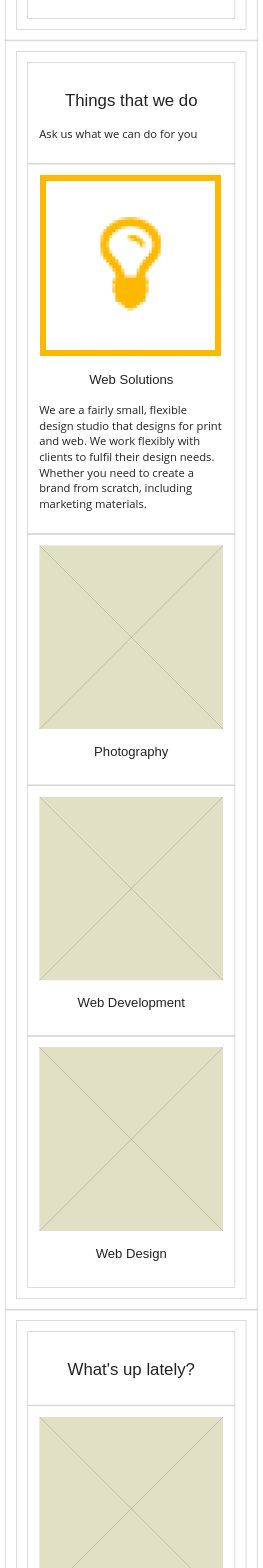
Repository: lpcmendoza/LAB02BF_Group9
Page: index.html
An editor plug-in stored every save of this project. The page is shown before and after the next save, followed by the edit.
The browser window is 375 px wide. The pictures show the part of the page from y = 977 to 3217 px (the page is 7235 px tall before and 7022 px after), at 70% of full size.

Above is the page before, as saved 2024-02-11 21:08:55.

### index.html
<!doctype html>
<html class="no-js" lang="en">

<head>
  <meta charset="utf-8">
  <meta name="viewport" content="width=device-width, initial-scale=1">
  <title>Metrolics</title>
  <link rel="stylesheet" href="css/style.css">
  <meta name="description" content="Group Blog">

  <meta property="og:title" content="Metrolics">
  <meta property="og:type" content="website">
  <meta property="og:url" content="">
  <meta property="og:image" content="">

  <link rel="icon" href="/favicon.ico" sizes="any">
  <link rel="icon" href="/icon.svg" type="image/svg+xml">
  <link rel="apple-touch-icon" href="icon.png">

  <link rel="manifest" href="site.webmanifest">
  <meta name="theme-color" content="#fafafa">
</head>

<body>

  <header class="page-header page-header-home">
    <div class="inner-container">
      <div class="content-container">
        <h1>Metrolics</h1>
      </div>
      <div class="content-container">
        <button class="navigation-button">Home</button>
        <button class="navigation-button">Pages</button>
        <button class="navigation-button">Portfolio</button>
        <button class="navigation-button">Blog</button>
        <button class="navigation-button">E-mail</button>
      </div>
    </div>
  </header>

  <div class="section section-image">
    <div class="inner-container">
      <div class="content-container">
        <img src="img/placeholder.svg" alt="placeholder image">
      </div>
    </div>
  </div>

  <div class="section section-title">
    <div class="inner-container">
      <div class="content-container">
        <h1>Hey guys! This is the Metrolics theme. It sports a responsive layout with a mobile layout.</h1>
      </div>
    </div>
  </div>

  <div class="section section-ourthings">
    <div class="inner-container">
      <div class="content-container">
        <h2>Things that we do</h2>
        <p>Ask us what we can do for you</p>
      </div>
      <div class="content-container">
        <img class="icons" src="img/icon-web-solutions.png" alt="Web Solutions Icon">
        <h3>Web Solutions</h3>
        <p>We are a fairly small, flexible design studio that designs for print and web. We work flexibly with clients to fulfil their design needs. Whether you need to create a brand from scratch, including marketing materials.</p>
      </div>
      <div class="content-container">
        <img src="img/placeholder.svg" alt="placeholder image">
        <h3>Photography</h3>
      </div>
      <div class="content-container">
        <img src="img/placeholder.svg" alt="placeholder image">
        <h3>Web Development</h3>
      </div>
      <div class="content-container">
        <img src="img/placeholder.svg" alt="placeholder image">
        <h3>Web Design</h3>
      </div>
    </div>
  </div>

  <div class="section section-news">
    <div class="inner-container">
      <div class="content-container">
        <h2>What's up lately?</h2>
      </div>
      <div class="content-container">
        <img src="img/placeholder.svg" alt="placeholder image">
      </div>
      <div class="content-container">
        <img src="img/placeholder.svg" alt="placeholder image">
      </div>
      <div class="content-container">
        <img src="img/placeholder.svg" alt="placeholder image">
      </div>
    </div>
  </div>

  <div class="section section-projects">
    <div class="inner-container">
      <div class="content-container">
        <h2>Our latest projects</h2>
      </div>
      <div class="content-container">
        <img src="img/placeholder.svg" alt="placeholder image">
      </div>
      <div class="content-container">
        <img src="img/placeholder.svg" alt="placeholder image">
      </div>
      <div class="content-container">
        <img src="img/placeholder.svg" alt="placeholder image">
      </div>
      <div class="content-container">
        <img src="img/placeholder.svg" alt="placeholder image">
      </div>
      <div class="content-container">
        <img src="img/placeholder.svg" alt="placeholder image">
      </div>
      <div class="content-container">
        <img src="img/placeholder.svg" alt="placeholder image">
      </div>
    </div>
  </div>

  <div class="section section-things">
    <div class="inner-container">
      <div class="content-container">
        <h2>Things of above</h2>
      </div>
      <div class="content-container">
        <p>content</p>
      </div>
      <div class="content-container">
        <p>content</p>
      </div>
    </div>
  </div>

  <div class="section section-clients">
    <div class="inner-container">
      <div class="content-container">
        <p>client</p>
      </div>
      <div class="content-container">
        <p>client</p>
      </div>
      <div class="content-container">
        <p>client</p>
      </div>
      <div class="content-container">
        <p>client</p>
      </div>
      <div class="content-container">
        <p>client</p>
      </div>
    </div>
  </div>

  <footer>
    <div class="page-footer page-footer-home">
      <div class="inner-container">
        <div class="content-container">
          <h2>footer</h2>
        </div>
        <div class="content-container">
          <p>content</p>
        </div>
        <div class="content-container">
          <p>content</p>
        </div>
        <div class="content-container">
          <p>content</p>
        </div>
        <div class="content-container">
          <p>content</p>
        </div>
      </div>
    </div>
  </footer>

  <script src="js/app.js"></script>

</body>

</html>

### css/style.css
/* ==========================================================================
    [Table of contents]

    1. BASE
        1.1 Page Rendering Defaults
        1.2 Core Styling
        1.3 Typography
    2. LAYOUT
        2.1 Core Layout
        2.2 Small only
        2.3 medium and up
        2.4 Medium only
        2.5 large screens and up
        2.6 Large only
    3. MODULES
    4. STATES
    5. THEME
    6. UTILITY classes
    7. PRINT

    refer to http://smacss.com/
    ========================================================================== */


/* ==========================================================================
   BASE
   ========================================================================== */


/* 1.1 Page Rendering Defaults */

html {
  color: #222;
  font-size: 1em;
  line-height: 1.4;
}

/*
* Remove text-shadow in selection highlight:
* https://twitter.com/miketaylr/status/12228805301
*
* Customize the background color to match your design.
*/

::-moz-selection {
background: #b3d4fc;
text-shadow: none;
}

::selection {
background: #b3d4fc;
text-shadow: none;
}

/*
* A better looking default horizontal rule
*/

hr {
display: block;
height: 1px;
border: 0;
border-top: 1px solid #ccc;
margin: 1em 0;
padding: 0;
}

/*
* Remove the gap between audio, canvas, iframes,
* images, videos and the bottom of their containers:
* https://github.com/h5bp/html5-boilerplate/issues/440
*/

audio,
canvas,
iframe,
img,
svg,
video {
vertical-align: middle;
}

/*
* Remove default fieldset styles.
*/

fieldset {
border: 0;
margin: 0;
padding: 0;
}

/*
* Allow only vertical resizing of textareas.
*/

textarea {
resize: vertical;
}

/* 1.2 Core Styling */

/* refer to https://css-tricks.com/box-sizing/ */
*,
*:before,
*:after {
  box-sizing: border-box;
}

img {
  width: 100%;
}


/* 1.3 Typgraphy */

h1,
h2,
h3,
h4,
h5,
h6 {
  font-family: Ubuntu, sans-serif;
  font-weight: 300;
  text-align: center;
}

p {
  font-family: 'Open Sans', Arial, Helvetica, sans-serif;
}


/* ==========================================================================
 2. LAYOUT
 ========================================================================== */


/* Helper to display empty layout containers*/

div,
main,
section,
footer,
header {
  outline: 1px solid #ccc;
  min-height: 1rem;
  padding: 1rem;
}


/* 2.1 Core layout */

.row {
  display: grid;
  row-gap: 1rem;
}

.col {
  position: relative;
  background-color: rgb(242, 230, 177);
}


/* ==========================================================================
 EXAMPLE Media Queries for Responsive Design.
 These examples override the primary ('mobile first') styles.
 Modify as content requires.
 Taken from https://get.foundation/sites/docs-v5/media-queries.html
 (the latest version is adjusted and no longer matches the ones used below)
 ========================================================================== */


/* 2.2 Small only */

@media screen and (max-width: 39.9375em) {
  .s-hide {
      display: none;
  }

  .icon {
    width: 3em;
    height: 3em;
  }
}


/* 2.3 medium and up */

@media screen and (min-width: 40em) {
  .row {
      max-width: 70rem;
      column-gap: 1.5rem;
      row-gap: 1.5rem;
      margin: 0 auto;
  }
  .grid {
      display: grid;
      column-gap: 0.5rem;
      row-gap: 0.5rem;
  }
  .m-col-2 {
      grid-template-columns: 1fr 1fr;
  }
  .m-col-3 {
      grid-template-columns: repeat(3, 1fr);
  }
  .m-col-4 {
      grid-template-columns: repeat(4, 1fr);
  }
  .m-col-5 {
      grid-template-columns: repeat(5, 1fr);
  }
  .m-1-2 {
      grid-template-columns: 1fr 2fr;
  }
}


/* 2.4 Medium only */

@media screen and (min-width: 40em) and (max-width: 63.9375em) {
  .m-row-span {
      grid-column-start: 1;
      grid-column-end: -1;
  }
  .m-hide {
      display: none;
  }
}


/* 2.5 large screens and up 2.6 Large only */

@media screen and (min-width: 64em) {
  .l-col-2 {
      grid-template-columns: 1fr 1fr;
  }
  .l-col-3 {
      grid-template-columns: repeat(3, 1fr);
  }
  .l-col-4 {
      grid-template-columns: repeat(4, 1fr);
  }
  .l-col-5 {
      grid-template-columns: repeat(5, 1fr);
  }
  .l-col-6 {
      grid-template-columns: repeat(6, 1fr);
  }
  .l-row-span {
      grid-column-start: 1;
      grid-column-end: -1;
  }
  .l-hide {
      display: none;
  }
}


/* ==========================================================================
 2. MODULES
 ========================================================================== */


/* ==========================================================================
 2. STATES
 ========================================================================== */


/* ==========================================================================
 2. THEME
 ========================================================================== */


/* ==========================================================================
 6. UTILITY classes
 ========================================================================== */
/*
* Hide visually and from screen readers
*/

.hidden,
[hidden] {
display: none !important;
}

/*
* Hide only visually, but have it available for screen readers:
* https://snook.ca/archives/html_and_css/hiding-content-for-accessibility
*
* 1. For long content, line feeds are not interpreted as spaces and small width
*    causes content to wrap 1 word per line:
*    https://medium.com/@jessebeach/beware-smushed-off-screen-accessible-text-5952a4c2cbfe
*/

.visually-hidden {
border: 0;
clip: rect(0, 0, 0, 0);
height: 1px;
margin: -1px;
overflow: hidden;
padding: 0;
position: absolute;
white-space: nowrap;
width: 1px;
/* 1 */
}

/*
* Extends the .visually-hidden class to allow the element
* to be focusable when navigated to via the keyboard:
* https://www.drupal.org/node/897638
*/

.visually-hidden.focusable:active,
.visually-hidden.focusable:focus {
clip: auto;
height: auto;
margin: 0;
overflow: visible;
position: static;
white-space: inherit;
width: auto;
}

/*
* Hide visually and from screen readers, but maintain layout
*/

.invisible {
visibility: hidden;
}

/*
* Clearfix: contain floats
*
* The use of `table` rather than `block` is only necessary if using
* `::before` to contain the top-margins of child elements.
*/

.clearfix::before,
.clearfix::after {
content: "";
display: table;
}

.clearfix::after {
clear: both;
}

@media print,
(-webkit-min-device-pixel-ratio: 1.25),
(min-resolution: 1.25dppx),
(min-resolution: 120dpi) {
/* Style adjustments for high resolution devices */
}

/* ==========================================================================
 Print styles.
 Inlined to avoid the additional HTTP request:
 https://www.phpied.com/delay-loading-your-print-css/
 ========================================================================== */

@media print {
*,
*::before,
*::after {
  background: #fff !important;
  color: #000 !important;
  /* Black prints faster */
  box-shadow: none !important;
  text-shadow: none !important;
}

a,
a:visited {
  text-decoration: underline;
}

a[href]::after {
  content: " (" attr(href) ")";
}

abbr[title]::after {
  content: " (" attr(title) ")";
}

/*
 * Don't show links that are fragment identifiers,
 * or use the `javascript:` pseudo protocol
 */
a[href^="#"]::after,
a[href^="javascript:"]::after {
  content: "";
}

pre {
  white-space: pre-wrap !important;
}

pre,
blockquote {
  border: 1px solid #999;
  page-break-inside: avoid;
}

tr,
img {
  page-break-inside: avoid;
}

p,
h2,
h3 {
  orphans: 3;
  widows: 3;
}

h2,
h3 {
  page-break-after: avoid;
}
}

Loaded but not shown: js/app.js (no stored copy; drawn as an empty file)

After the next save:
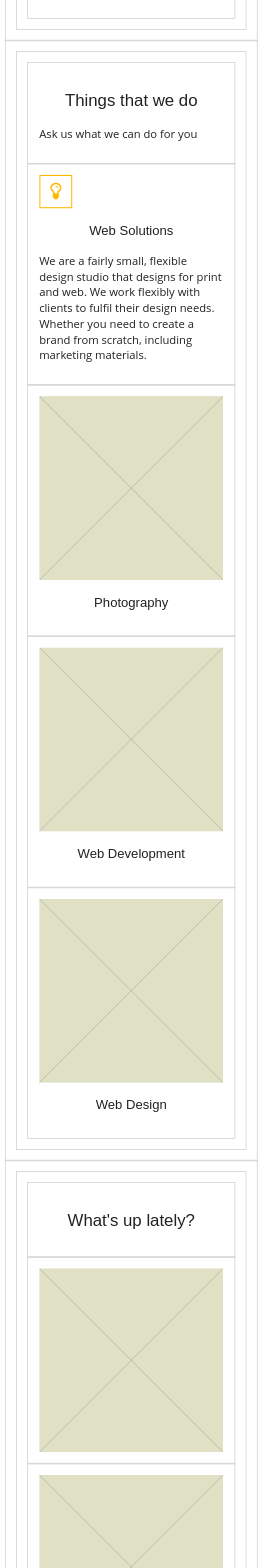
Saved 24 s later.
--- a/css/style.css
+++ b/css/style.css
@@ -177,7 +177,7 @@
       display: none;
   }
 
-  .icon {
+  .icons {
     width: 3em;
     height: 3em;
   }
